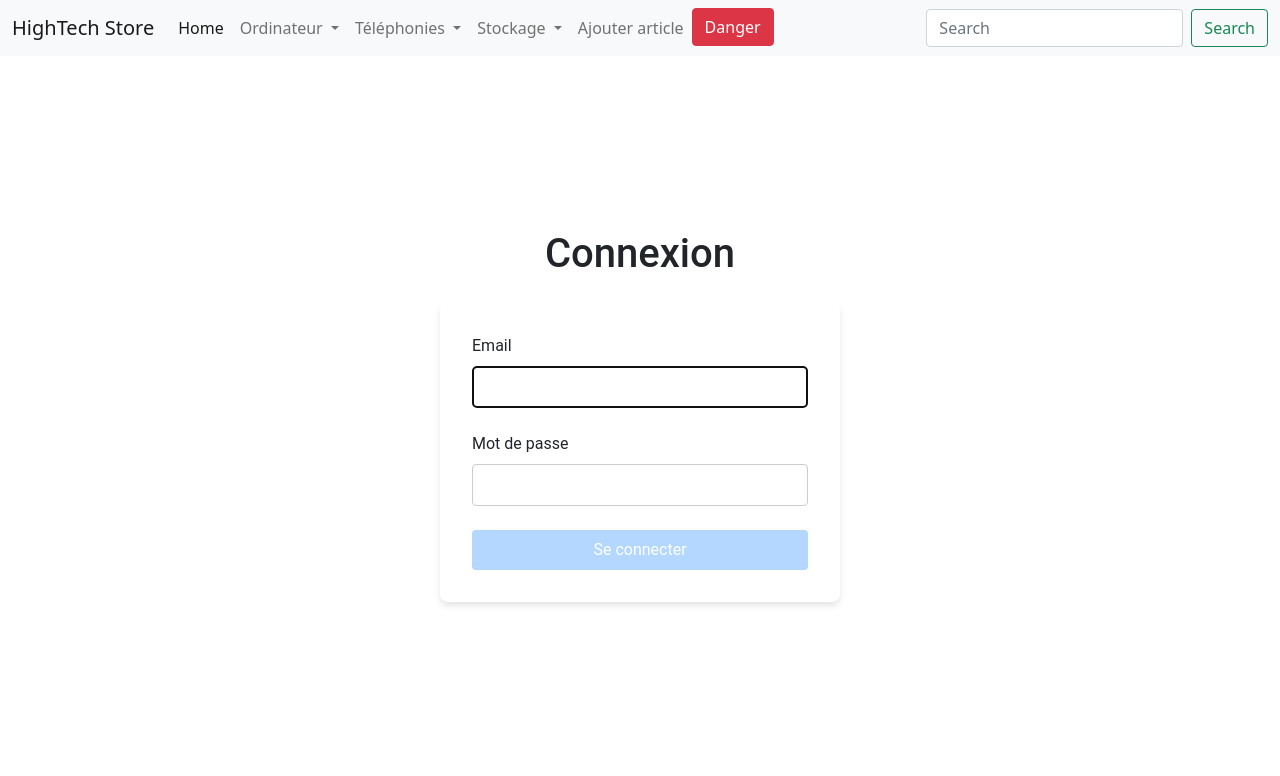
Repository: HaPhuong-krys/M1-angular
Page: /Connexion
These files come from the project's save history. The page is drawn as it stood at one moment and after the next save; the edit follows.
The browser window is 1280 px wide. The pictures show the whole page.
The project was rebuilt for these pictures with package versions that can differ from the ones it lists, and the page was loaded fresh each time. Also part of the build but not shown: angular.json, src/app/home/home.component.ts, src/app/pc-bureau/pc-bureau.component.ts, src/app/pc-portable/pc-portable.component.ts, src/app/ajouter-article-form/ajouter-article-form.component.ts, src/app/Model/Articles.ts, src/app/accessoire-ordi/accessoire-ordi.component.ts, src/app/smart-phone/smart-phone.component.ts and 10 more.

Above is the page before, as saved 2023-04-22 23:56:53.

### src/index.html
<!doctype html>
<html lang="en">
<head>
  <meta charset="utf-8">
  <title>HighTechStore</title>
  <base href="/">
  <meta name="viewport" content="width=device-width, initial-scale=1">
  <link rel="icon" type="image/x-icon" href="favicon.ico">
  <!-- Boostrap css -->
  <link href="https://cdn.jsdelivr.net/npm/bootstrap@5.0.2/dist/css/bootstrap.min.css"
  rel="stylesheet" integrity="sha384-EVSTQN3/azprG1Anm3QDgpJLIm9Nao0Yz1ztcQTwFspd3yD65VohhpuuCOmLASjC" crossorigin="anonymous">
</head>
<body>
  <app-root></app-root>
   <!-- Boostrap -->
  <script src="https://cdn.jsdelivr.net/npm/@popperjs/core@2.9.2/dist/umd/popper.min.js"
  integrity="sha384-IQsoLXl5PILFhosVNubq5LC7Qb9DXgDA9i+tQ8Zj3iwWAwPtgFTxbJ8NT4GN1R8p" crossorigin="anonymous"></script>
  <script src="https://cdn.jsdelivr.net/npm/bootstrap@5.0.2/dist/js/bootstrap.min.js"
  integrity="sha384-cVKIPhGWiC2Al4u+LWgxfKTRIcfu0JTxR+EQDz/bgldoEyl4H0zUF0QKbrJ0EcQF" crossorigin="anonymous"></script>
</body>
</html>

### src/app/app.module.ts
import { NgModule } from '@angular/core';
import { BrowserModule } from '@angular/platform-browser';

import { AppRoutingModule } from './app-routing.module';
import { AppComponent } from './app.component';
import { NavbarComponent } from './navbar/navbar.component';
import { HomeComponent } from './home/home.component';
import { PcPortableComponent } from './pc-portable/pc-portable.component';
import { PcBureauComponent } from './pc-bureau/pc-bureau.component';
import { ConnexionComponent } from './connexion/connexion.component';
import { PhonesModule } from './modules/phones/phones.module';
import { StockageModule } from './modules/stockage/stockage.module';
import { AjouterArticleFormComponent } from './ajouter-article-form/ajouter-article-form.component';
import {HttpClientModule} from '@angular/common/http';
import { PcPortableServiceService } from './pc-portable-service.service';
import { FormCreationArticleService } from './form-creation-article.service';
import { FooterComponent } from './footer/footer.component';
import { FormsModule } from '@angular/forms';
import { HomeService } from './home.service';
import { PcBureauServiceService } from './pc-bureau-service.service';
import { AccesOrdiServiceService } from './acces-ordi-service.service';
import { AccessoireOrdiComponent } from './accessoire-ordi/accessoire-ordi.component';
import { SmartPhoneComponent } from './smart-phone/smart-phone.component';
import { SmartPhoneServiceService } from './smart-phone-service.service';
import { TelephoneFixComponent } from './telephone-fix/telephone-fix.component';
import { TelephoneFixServiceService } from './telephone-fix-service.service';
import { AccessoireTelfixComponent } from './accessoire-telfix/accessoire-telfix.component';
import { AccesTelfixServiceService } from './acces-telfix-service.service';
import { DisqueDurComponent } from './disque-dur/disque-dur.component';
import { UsbComponent } from './usb/usb.component';
import { AccessoireStockageComponent } from './accessoire-stockage/accessoire-stockage.component';
import { DisqueDurServiceService } from './disque-dur-service.service';
import { UsersComponent } from './users/users.component';
import { DeconnexionComponent } from './deconnexion/deconnexion.component';

@NgModule({
  declarations: [
    AppComponent,
    NavbarComponent,
    HomeComponent,
    PcPortableComponent,
    PcBureauComponent,
    ConnexionComponent,
    AjouterArticleFormComponent,
    FooterComponent,
    AccessoireOrdiComponent,
    SmartPhoneComponent,
    TelephoneFixComponent,
    AccessoireTelfixComponent,
    DisqueDurComponent,
    UsbComponent,
    AccessoireStockageComponent,
    UsersComponent,
    DeconnexionComponent,


  ],
  imports: [
    BrowserModule,
    AppRoutingModule,
    PhonesModule,
    StockageModule,
    HttpClientModule,
    FormsModule
  ],
  providers: [
    PcPortableServiceService,
    FormCreationArticleService,
    HomeService,
    PcBureauServiceService,
    AccesOrdiServiceService,
    SmartPhoneServiceService,
    TelephoneFixServiceService,
    AccesTelfixServiceService,
    DisqueDurServiceService
  ],
  bootstrap: [AppComponent]
})
export class AppModule { }

### src/app/app-routing.module.ts
import { NgModule } from '@angular/core';
import { RouterModule, Routes } from '@angular/router';
import { ConnexionComponent } from './connexion/connexion.component';
import { HomeComponent } from './home/home.component';
import { PcBureauComponent } from './pc-bureau/pc-bureau.component';
import { PcPortableComponent } from './pc-portable/pc-portable.component';
import { AjouterArticleFormComponent } from './ajouter-article-form/ajouter-article-form.component';
import { AccessoireOrdiComponent } from './accessoire-ordi/accessoire-ordi.component';
import { SmartPhoneComponent } from './smart-phone/smart-phone.component';
import { TelephoneFixComponent } from './telephone-fix/telephone-fix.component';
import { AccessoireTelfixComponent } from './accessoire-telfix/accessoire-telfix.component';
import { DisqueDurComponent } from './disque-dur/disque-dur.component';
import { UsbComponent } from './usb/usb.component';
import { AccessoireStockageComponent } from './accessoire-stockage/accessoire-stockage.component';

const routes: Routes = [
  { path:'home', component:HomeComponent},
  { path: 'PcPortable', component: PcPortableComponent},
  { path: 'PcBureau', component: PcBureauComponent},
  { path: 'Connexion', component: ConnexionComponent},
  { path: 'AjouterAticleForm', component: AjouterArticleFormComponent},
  { path: 'AccessoireOrdi', component: AccessoireOrdiComponent},
  { path: 'SmartPhone', component: SmartPhoneComponent},
  { path: 'telephoneFix', component: TelephoneFixComponent},
  { path: 'AccessoireTelFix', component: AccessoireTelfixComponent},
  { path: 'DisqueDur', component: DisqueDurComponent},
  { path: 'USB', component: UsbComponent},
  { path: 'AccessoireStock', component : AccessoireStockageComponent}
];

@NgModule({
  imports: [RouterModule.forRoot(routes)],
  exports: [RouterModule]
})
export class AppRoutingModule { }

### src/app/app.component.ts
import { Component } from '@angular/core';

@Component({
  selector: 'app-root',
  templateUrl: './app.component.html',
  styleUrls: ['./app.component.css']
})
export class AppComponent {
  title = 'HighTechStore';
}

### src/app/connexion/connexion.component.ts
// connexion.component.ts
import { Component } from '@angular/core';
import { NgForm } from '@angular/forms';
import { AuthService } from './auth.service';

@Component({
  selector: 'app-connexion',
  templateUrl: './connexion.component.html',
  styleUrls: ['./connexion.component.css']
})
export class ConnexionComponent {
  user = {
    username: '',
    password: ''
  };

  constructor(private authService: AuthService) {}

  onSubmit(form: NgForm) {
    if (form.valid) {
      this.authService.login(this.user.username, this.user.password).subscribe(response => {
        // Gérer la réponse et stocker les informations d'authentification
      });
    }
  }
}

### src/app/modules/phones/phones.module.ts
import { NgModule } from '@angular/core';
import { CommonModule } from '@angular/common';

import { PhonesRoutingModule } from './phones-routing.module';


@NgModule({
  declarations: [],
  imports: [
    CommonModule,
    PhonesRoutingModule
  ]
})
export class PhonesModule { }

### src/app/modules/stockage/stockage.module.ts
import { NgModule } from '@angular/core';
import { CommonModule } from '@angular/common';

import { StockageRoutingModule } from './stockage-routing.module';


@NgModule({
  declarations: [],
  imports: [
    CommonModule,
    StockageRoutingModule
  ]
})
export class StockageModule { }

### src/app/pc-portable-service.service.ts
import { Injectable } from '@angular/core';
import  { HttpClient, HttpClientModule } from  '@angular/common/http';
import { Observable } from 'rxjs';
import { Articles } from './Model/Articles';


@Injectable({
  providedIn: 'root'
})
export class PcPortableServiceService {
  url_portable = 'http://localhost:8080/Projet-REST-V1/articles/list/PC_Portable';

  constructor(private http:HttpClient) { }

  getArticlePcPortable():Observable<Array<Articles>>{
    return this.http.get<Array<Articles>>(this.url_portable);
  }
}

### src/app/form-creation-article.service.ts
import { Injectable } from '@angular/core';
import  { HttpClient, HttpClientModule, HttpHeaders } from  '@angular/common/http';
import { Observable } from 'rxjs';
import { Categories } from './Model/Categories';
import { Articles } from './Model/Articles';


@Injectable({
  providedIn: 'root'
})
export class FormCreationArticleService {

  url = 'http://localhost:8080/Projet-REST-V1/categories/list';

  addUrl = 'http://localhost:8080/Projet-REST-V1/articles';

  articleData: any = {};

  constructor(private http:HttpClient) { }

  getAllCategories():Observable<Array<Categories>>{
    return this.http.get<Array<Categories>>(this.url);
  }

  httpOptions = {
    headers: new HttpHeaders({ 'Content-Type': 'application/json' })
  };

  addArticle(article: Articles): Observable<Articles> {
    const url = `${this.addUrl}/add`;
    return this.http.post<Articles>(url, article, this.httpOptions);
    //return this.http.post<Articles[]>(`${this.addUrl}/add`, article);
  }

}

### src/app/home.service.ts
import { Injectable } from '@angular/core';
import  { HttpClient, HttpClientModule, HttpHeaders } from  '@angular/common/http';
import { Observable } from 'rxjs';
import { Categories } from './Model/Categories';
import { Articles } from './Model/Articles';

@Injectable({
  providedIn: 'root'
})
export class HomeService {
  url = 'http://localhost:8080/Projet-REST-V1/articles/list';
  articleData: any = {};

  constructor(private http:HttpClient) { }

  getAllArticle():Observable<Array<Articles>>{
    return this.http.get<Array<Articles>>(this.url);
  }
}

### src/app/pc-bureau-service.service.ts
import { HttpClient } from '@angular/common/http';
import { Injectable } from '@angular/core';
import { Observable } from 'rxjs';
import { Articles } from './Model/Articles';

@Injectable({
  providedIn: 'root'
})
export class PcBureauServiceService {

  url_bureau = 'http://localhost:8080/Projet-REST-V1/articles/list/PC_Bureau';

  constructor(private http:HttpClient) { }

  getArticlePcBureau():Observable<Array<Articles>>{
    return this.http.get<Array<Articles>>(this.url_bureau);
  }
}

### src/app/acces-ordi-service.service.ts
import { HttpClient } from '@angular/common/http';
import { Injectable } from '@angular/core';
import { Observable } from 'rxjs';
import { Articles } from './Model/Articles';

@Injectable({
  providedIn: 'root'
})
export class AccesOrdiServiceService {

  access_ordi = 'http://localhost:8080/Projet-REST-V1/articles/list/accessoire_ordi';
  constructor(private http:HttpClient) { }

  getArticleAccesoireOrdi(): Observable<Array<Articles>>{
    return this.http.get<Array<Articles>>(this.access_ordi);
  }
}

### src/app/smart-phone-service.service.ts
import { HttpClient } from '@angular/common/http';
import { Injectable } from '@angular/core';
import { Observable } from 'rxjs';
import { Articles } from './Model/Articles';

@Injectable({
  providedIn: 'root'
})
export class SmartPhoneServiceService {

  url_smartphone = 'http://localhost:8080/Projet-REST-V1/articles/list/smartphone';


  constructor(private http: HttpClient) { }

  getArticleSmartphone():Observable<Array<Articles>>{
    return this.http.get<Array<Articles>>(this.url_smartphone);
  }
}

### src/app/telephone-fix-service.service.ts
import { HttpClient } from '@angular/common/http';
import { Injectable } from '@angular/core';
import { Articles } from './Model/Articles';

@Injectable({
  providedIn: 'root'
})
export class TelephoneFixServiceService {
  url_telFix = 'http://localhost:8080/Projet-REST-V1/articles/list/telephoneFix';

  constructor(private http: HttpClient) { }

  getArticleTelephoneFix(){
    return this.http.get<Array<Articles>>(this.url_telFix);
  }
}

### src/app/acces-telfix-service.service.ts
import { HttpClient } from '@angular/common/http';
import { Injectable } from '@angular/core';
import { Articles } from './Model/Articles';

@Injectable({
  providedIn: 'root'
})
export class AccesTelfixServiceService {

  url_accesstel= 'http://localhost:8080/Projet-REST-V1/articles/list/accessoire_tel';

  constructor(private http:HttpClient) { }

  getArticleAccessoireTelFix(){
    return this.http.get<Array<Articles>>(this.url_accesstel);
  }

}

### src/app/disque-dur-service.service.ts
import { HttpClient } from '@angular/common/http';
import { Injectable } from '@angular/core';
import { Articles } from './Model/Articles';

@Injectable({
  providedIn: 'root'
})
export class DisqueDurServiceService {

  url_disque = 'http://localhost:8080/Projet-REST-V1/articles/list/Disque_dur';

  constructor(private http:HttpClient) { }

  getArticleDisqurDur(){
    return this.http.get<Array<Articles>>(this.url_disque);
  }

}

### src/app/navbar/navbar.component.html

<nav class="navbar navbar-expand-lg navbar-light bg-light">
    <div class="container-fluid">
      <a class="navbar-brand" href="#">HighTech Store</a>
      <button class="navbar-toggler" type="button" data-bs-toggle="collapse" data-bs-target="#navbarSupportedContent" aria-controls="navbarSupportedContent" aria-expanded="false" aria-label="Toggle navigation">
        <span class="navbar-toggler-icon"></span>
      </button>
      <div class="collapse navbar-collapse" id="navbarSupportedContent">
        <ul class="navbar-nav me-auto mb-2 mb-lg-0">
          <li class="nav-item">
            <a class="nav-link active" aria-current="page" href="/home">Home</a>
          </li>
          <li class="nav-item dropdown">
            <a class="nav-link dropdown-toggle" href="#" id="navbarDropdown" role="button" data-bs-toggle="dropdown" aria-expanded="false">
              Ordinateur
            </a>
            <ul class="dropdown-menu" aria-labelledby="navbarDropdown">
              <li><a class="dropdown-item" routerLink="/PcPortable">Pc Portable</a></li>
              <li><a class="dropdown-item" routerLink="/PcBureau">Pc Bureau</a></li>
              <li><hr class="dropdown-divider"></li>
              <li><a class="dropdown-item" href="/AccessoireOrdi">Accessoire</a></li>
            </ul>
          </li>
          <li class="nav-item dropdown">
            <a class="nav-link dropdown-toggle" href="#" id="navbarDropdown" role="button" data-bs-toggle="dropdown" aria-expanded="false">
              Téléphonies
            </a>
            <ul class="dropdown-menu" aria-labelledby="navbarDropdown">
              <li><a class="dropdown-item" routerLink="/SmartPhone">Smart Phone</a></li>
              <li><a class="dropdown-item" routerLink="/telephoneFix">Téléphone Fixe</a></li>
              <li><hr class="dropdown-divider"></li>
              <li><a class="dropdown-item" href="/AccessoireTelFix">Accessoire</a></li>
            </ul>
          </li>

          <li class="nav-item dropdown">
            <a class="nav-link dropdown-toggle" href="#" id="navbarDropdown" role="button" data-bs-toggle="dropdown" aria-expanded="false">
              Stockage
            </a>
            <ul class="dropdown-menu" aria-labelledby="navbarDropdown">
              <li><a class="dropdown-item" routerLink="/DisqueDur">Disque Dur</a></li>
              <li><a class="dropdown-item" routerLink="/USB">Clé USB</a></li>
              <li><hr class="dropdown-divider"></li>
              <li><a class="dropdown-item" href="/AccessoireStock">Accessoire</a></li>
            </ul>
          </li>

          <li class="nav-item">
            <a class="nav-link" href="/AjouterAticleForm">Ajouter article</a>
          </li>

          <li class="nav-item">
            <button type="button" class="btn btn-danger">Danger</button>
          </li>
        </ul>
        <form class="d-flex">
          <input class="form-control me-2" type="search" placeholder="Search" aria-label="Search">
          <button class="btn btn-outline-success" type="submit">Search</button>
        </form>
      </div>
    </div>
  </nav>

### src/app/connexion/connexion.component.html
<!-- login.component.html -->
<div class="login-container">
    <h1>Connexion</h1>
    <div class="form-container">
    <form (submit)="onSubmit(loginForm)" #loginForm="ngForm">
      <div class="form-group">
        <label for="email">Email</label>
        <input type="text" id="username" name="username" [(ngModel)]="user.username" required autofocus>
      </div>

      <div class="form-group">
        <label for="password">Mot de passe</label>
        <input type="password" id="password" name="password" [(ngModel)]="user.password" required>
      </div>

      <button type="submit" [disabled]="!loginForm.valid">Se connecter</button>
    </form>
  </div>

### src/app/connexion/connexion.component.css
/* connexion.component.css */
/* connexion.component.css */
.login-container {
    display: flex;
    flex-direction: column;
    justify-content: center;
    align-items: center;
    min-height: 100vh;
    font-family: 'Roboto', sans-serif;
  }

  h1 {
    text-align: center;
    margin-bottom: 1.5rem;
  }

  .form-container {
    background-color: #ffffff;
    padding: 2rem;
    border-radius: 8px;
    box-shadow: 0 4px 6px rgba(0, 0, 0, 0.1);
    width: 100%;
    max-width: 400px;
  }

.form-group {
  display: flex;
  flex-direction: column;
  margin-bottom: 1.5rem;
}

label {
  margin-bottom: 0.5rem;
}

input {
  padding: 0.5rem;
  font-size: 1rem;
  border: 1px solid #cccccc;
  border-radius: 4px;
}

button {
  cursor: pointer;
  background-color: #007bff;
  color: #ffffff;
  padding: 0.5rem;
  font-size: 1rem;
  border: none;
  border-radius: 4px;
  width: 100%;
}

button:hover {
  background-color: #0069d9;
}

button:disabled {
  background-color: #b3d7ff;
  cursor: not-allowed;
}

### src/app/connexion/auth.service.ts
// auth.service.ts
import { Injectable } from '@angular/core';
import { HttpClient } from '@angular/common/http';
import { Observable } from 'rxjs';

@Injectable({
  providedIn: 'root'
})
export class AuthService {
  private apiUrl = 'http://localhost:8080/api/auth'; // Remplacez cette URL par celle de votre propre API d'authentification

  constructor(private http: HttpClient) {}

  login(username: string, password: string): Observable<any> {
    const body = {
      username,
      password
    };
    return this.http.post(`${this.apiUrl}/login`, body);
  }

  // Ajoutez d'autres méthodes d'authentification si nécessaire, comme register(), logout(), etc.
}

### src/app/modules/phones/phones-routing.module.ts
import { NgModule } from '@angular/core';
import { RouterModule, Routes } from '@angular/router';

const routes: Routes = [];

@NgModule({
  imports: [RouterModule.forChild(routes)],
  exports: [RouterModule]
})
export class PhonesRoutingModule { }

### src/app/modules/stockage/stockage-routing.module.ts
import { NgModule } from '@angular/core';
import { RouterModule, Routes } from '@angular/router';

const routes: Routes = [];

@NgModule({
  imports: [RouterModule.forChild(routes)],
  exports: [RouterModule]
})
export class StockageRoutingModule { }

Loaded but not shown: src/styles.css (common file); src/main.ts (common file); src/app/navbar/navbar.component.ts (common file); src/app/app.component.html (common file); src/app/app.component.css (no stored copy; drawn as an empty file); src/app/navbar/navbar.component.css (no stored copy; drawn as an empty file)

After the next save:
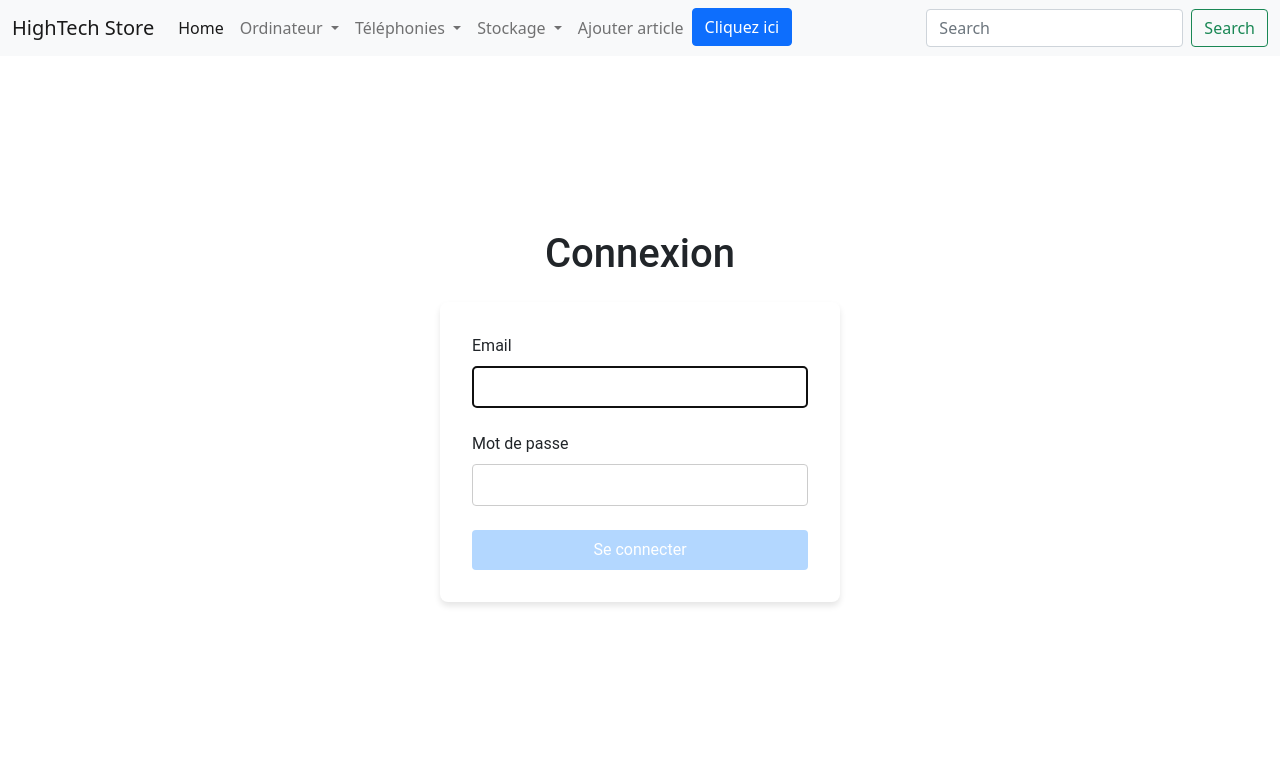
Saved 39 s later.
--- a/src/app/navbar/navbar.component.html
+++ b/src/app/navbar/navbar.component.html
@@ -50,7 +50,7 @@
           </li>
 
           <li class="nav-item">
-            <button type="button" class="btn btn-danger">Danger</button>
+            <a href="https://example.com" class="btn btn-primary" role="button">Cliquez ici</a>
           </li>
         </ul>
         <form class="d-flex">
